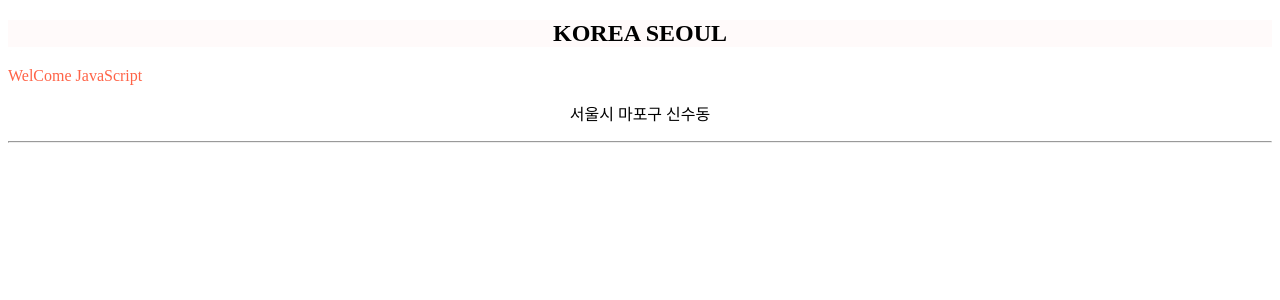
Repository: wjsjsn/23_webstudy
Page: 03_javascript/src/main/webapp/day03/Ex09_dom.html
These files come from the project's save history. The page is drawn as it stood at one moment and after the next save; the edit follows.
The browser window is 1280 px wide. The pictures show the whole page.

Above is the page before, as saved 2023-06-29 06:12:24.

### 03_javascript/src/main/webapp/day03/Ex09_dom.html
<!DOCTYPE html>
<html>
<head>
<meta charset="UTF-8">
<title>DOM(Document Object Model)</title>
</head>
<body>
  <p id="demo1">Hello World</p>
  <p><span id="demo2">WelCome JavaScript</span></p>
  <p id="demo3">서울시 마포구 신수동</p>
  <hr>

  <script type="text/javascript">
  	// html 요소 변경
  	// 내용(텍스트 = content)을 가져오거나 설정 : innerHTML
  	// 속성 가져오기 : getAttribute("속성명")
  	// 속성 설정 : setAttribute("속성명", 값)
  	// css를 이용해서 속성 설정 : style.속성명 = "값"
  	document.getElementById("demo1").innerHTML = "<h2>KOREA SEOUL</h2>";
  	document.getElementById("demo1").align = "center";
  	document.getElementById("demo3").setAttribute("align", "center");
  	document.getElementById("demo2").style.color = "tomato";
  	document.getElementById("demo1").style.background = "snow";
  </script>
</body>
</html>

After the next save:
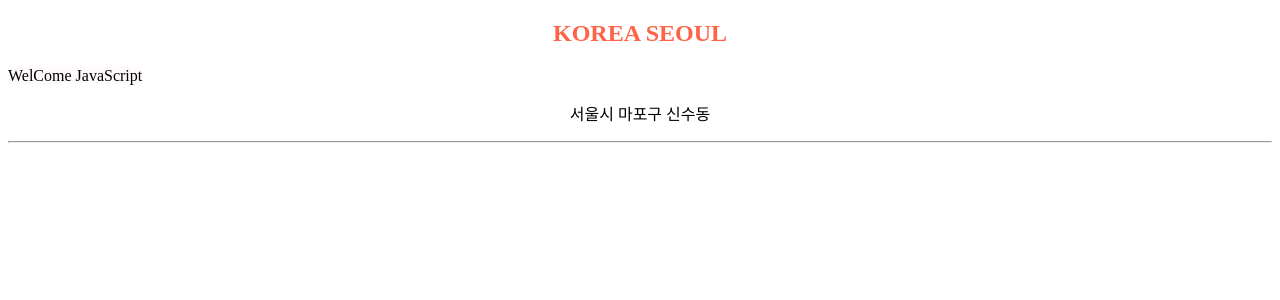
Saved 31 s later.
--- a/03_javascript/src/main/webapp/day03/Ex09_dom.html
+++ b/03_javascript/src/main/webapp/day03/Ex09_dom.html
@@ -19,8 +19,8 @@
   	document.getElementById("demo1").innerHTML = "<h2>KOREA SEOUL</h2>";
   	document.getElementById("demo1").align = "center";
   	document.getElementById("demo3").setAttribute("align", "center");
-  	document.getElementById("demo2").style.color = "tomato";
-  	document.getElementById("demo1").style.background = "snow";
+  	document.getElementById("demo1").style.color = "tomato";
+  	document.getElementById("demo2").style.background = "snow";
   </script>
 </body>
 </html>
